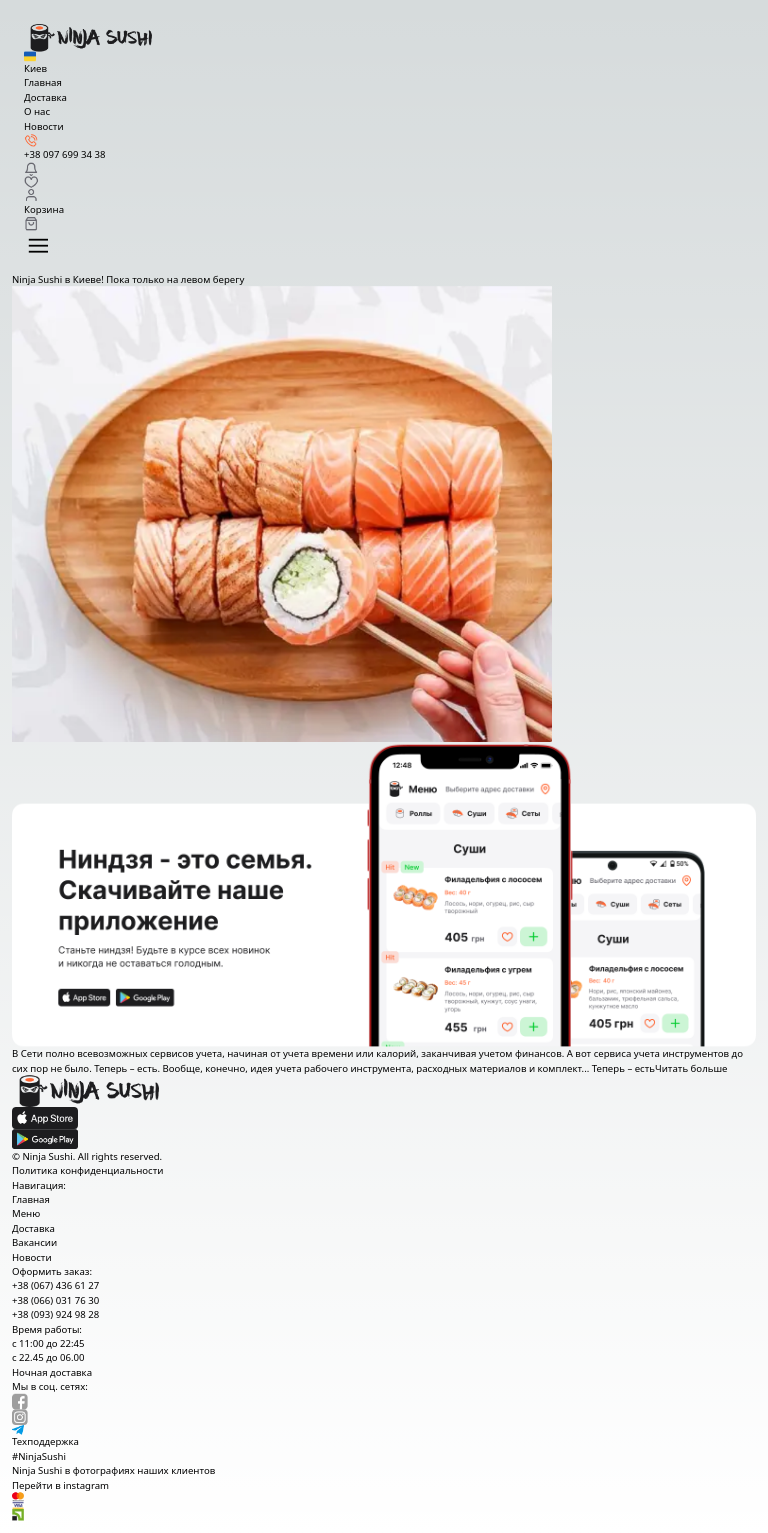
Repository: shokirovG/loyiha
Page: /News
The author's editor kept a copy of each file at every save. The page is drawn from the files as they stood at one save, then again after a run of saves.
The browser window is 1280 px wide. The pictures show the whole page, at 60% of full size.
The project was rebuilt for these pictures with package versions that can differ from the ones it lists, and the page was loaded fresh each time. The framework's server and built-in components were replaced by stand-ins that run in the browser. Also part of the build but not shown: next.config.js, Components/Categories.jsx, Components/OpenNav.jsx.

Above is the page before, as saved 2023-07-01 16:01:14.

After the next 2 saves:
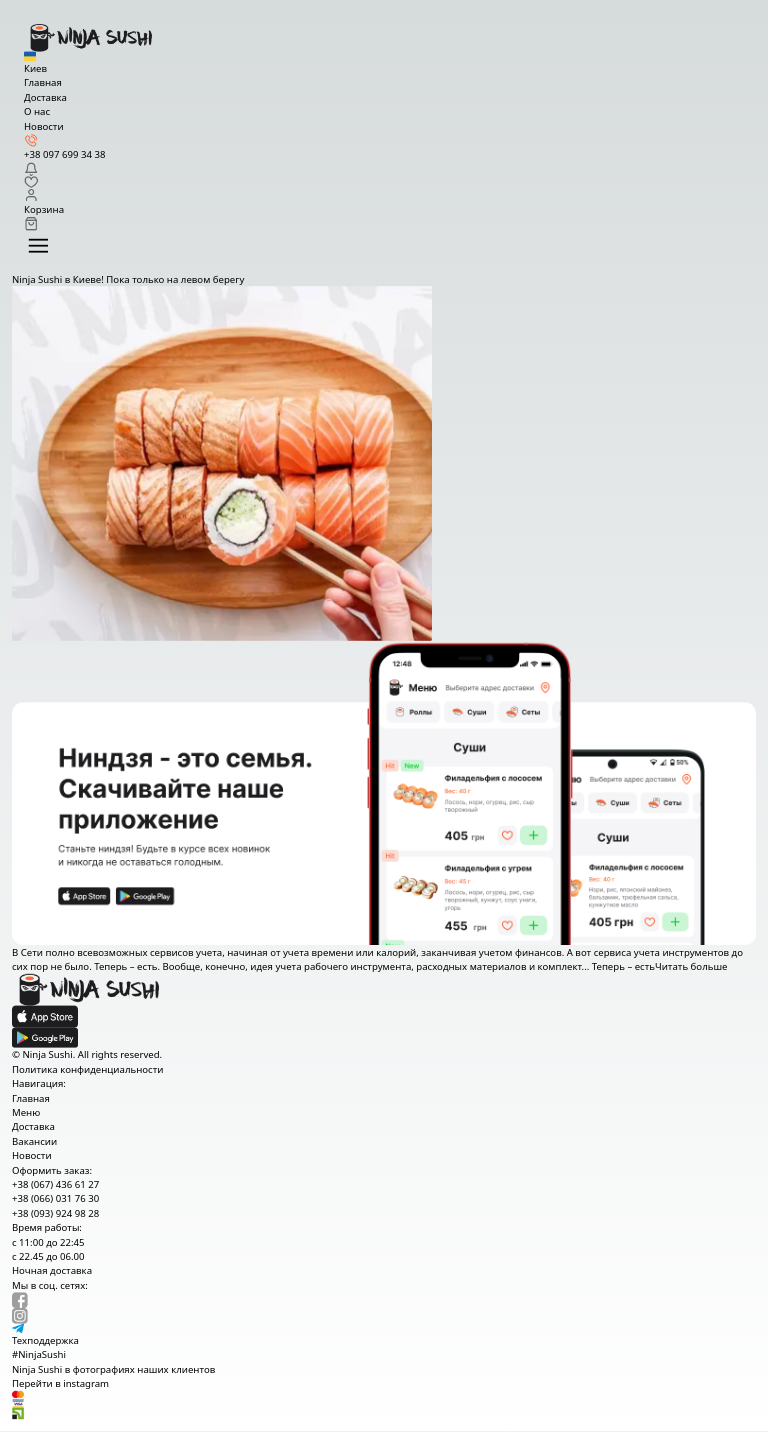
The 2 saves are shown as one change because they came seconds apart.
The last was saved 14 s later.
--- a/Components/Slider.js
+++ b/Components/Slider.js
@@ -22,7 +22,7 @@
           <Image
             className="w-[300px]"
             src={"/imgs/slide_img.png"}
-            width={900}
+            width={700}
             height={336}
           />
         </div>
